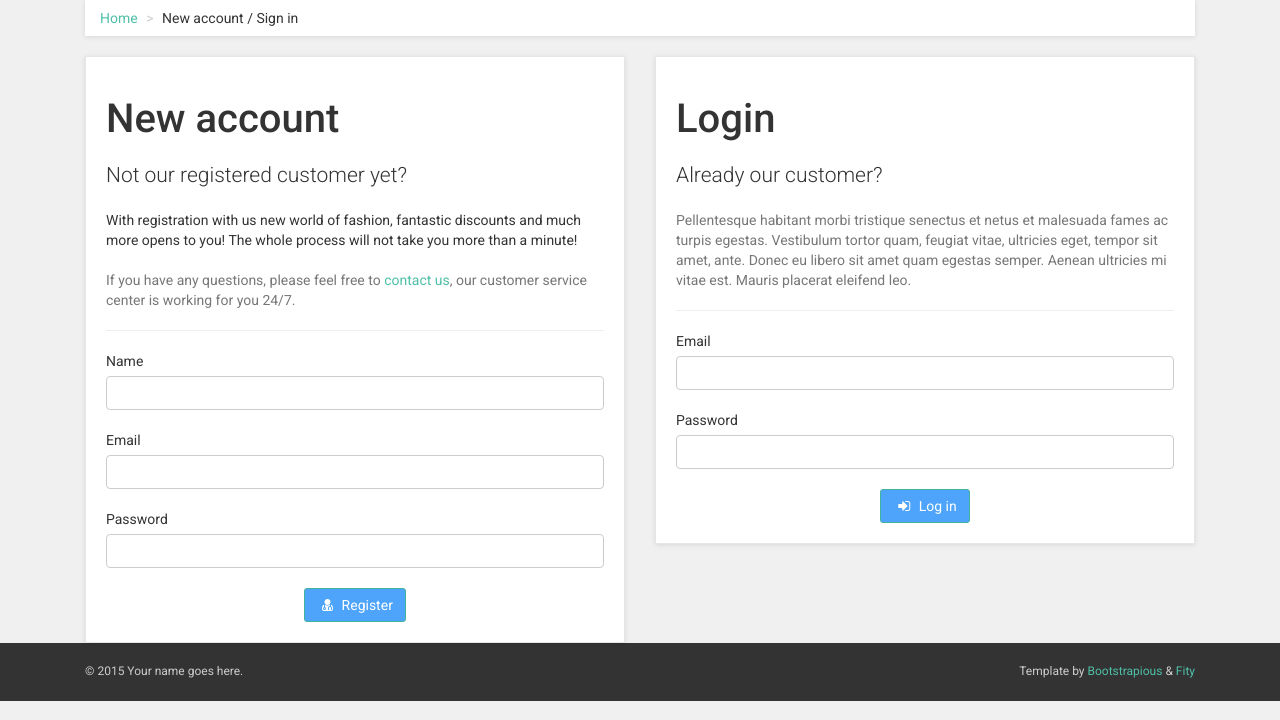
Repository: Sagnikb9/JavaDevops-Ecommerce
Page: http://localhost/MedioxyPharm/register
The author's editor kept a copy of each file at every save. The page is drawn from the files as they stood at one save, then again after the next save.
The browser window is 1280 px wide. The pictures show the whole page.
The page is served by Tomcat 9. Other server files are loaded and not shown.

Above is the page before, as saved 2017-10-01 23:09:22.

### MedioxyPharm/src/main/webapp/WEB-INF/dispatcher-servlet.xml
<beans xmlns="http://www.springframework.org/schema/beans"
        xmlns:mvc="http://www.springframework.org/schema/mvc"
        xmlns:xsi="http://www.w3.org/2001/XMLSchema-instance"
        xmlns:context="http://www.springframework.org/schema/context"
        xsi:schemaLocation="
                http://www.springframework.org/schema/beans
                http://www.springframework.org/schema/beans/spring-beans.xsd
                http://www.springframework.org/schema/mvc
                http://www.springframework.org/schema/mvc/spring-mvc.xsd
                http://www.springframework.org/schema/context
                http://www.springframework.org/schema/context/spring-context.xsd">


        <mvc:annotation-driven enable-matrix-variables="true"/>
        <context:component-scan base-package="controller"/>

   <bean id="jspViewResolver" class="org.springframework.web.servlet.view.InternalResourceViewResolver">

        <property name="prefix" value="/WEB-INF/views/"/>
        <property name="suffix" value=".jsp"/>

   </bean>
   <mvc:default-servlet-handler />

</beans>

### MedioxyPharm/src/main/webapp/WEB-INF/views/register.jsp
<!DOCTYPE html>
<html lang="en">

<head>

    <meta charset="utf-8">
    <meta name="robots" content="all,follow">
    <meta name="googlebot" content="index,follow,snippet,archive">
    <meta name="viewport" content="width=device-width, initial-scale=1">
    <meta name="description" content="Obaju e-commerce template">
    <meta name="author" content="Ondrej Svestka | ondrejsvestka.cz">
    <meta name="keywords" content="">

    <title>
        MedioxyPharm
    </title>

    <meta name="keywords" content="">

    <link href='http://fonts.googleapis.com/css?family=Roboto:400,500,700,300,100' rel='stylesheet' type='text/css'>

    <!-- styles -->
    <link href="css/font-awesome.css" rel="stylesheet">
    <link href="css/bootstrap.min.css" rel="stylesheet">
    <link href="css/animate.min.css" rel="stylesheet">
    <link href="css/owl.carousel.css" rel="stylesheet">
    <link href="css/owl.theme.css" rel="stylesheet">

    <!-- theme stylesheet -->
    <link href="css/style.default.css" rel="stylesheet" id="theme-stylesheet">

    <!-- your stylesheet with modifications -->
    <link href="css/custom.css" rel="stylesheet">

    <script src="js/respond.min.js"></script>

    <link rel="shortcut icon" href="favicon.png">



</head>

<body>
    <!-- *** TOPBAR ***

        <div class="modal fade" id="login-modal" tabindex="-1" role="dialog" aria-labelledby="Login" aria-hidden="true">
            <div class="modal-dialog modal-sm">

                <div class="modal-content">
                    <div class="modal-header">
                        <button type="button" class="close" data-dismiss="modal" aria-hidden="true">&times;</button>
                        <h4 class="modal-title" id="Login">Customer login</h4>
                    </div>
                    <div class="modal-body">
                        <form action="customer-orders.html" method="post">
                            <div class="form-group">
                                <input type="text" class="form-control" id="email-modal" placeholder="email">
                            </div>
                            <div class="form-group">
                                <input type="password" class="form-control" id="password-modal" placeholder="password">
                            </div>

                            <p class="text-center">
                                <button class="btn btn-primary"><i class="fa fa-sign-in"></i> Log in</button>
                            </p>

                        </form>

                        <p class="text-center text-muted">Not registered yet?</p>
                        <p class="text-center text-muted"><a href="register.html"><strong>Register now</strong></a>! It is easy and done in 1&nbsp;minute and gives you access to special discounts and much more!</p>

                    </div>
                </div>
            </div>
        </div>

    </div>

    <!-- *** TOP BAR END *** -->







    <!-- *** NAVBAR END *** -->

    <div id="all">

        <div id="content">
            <div class="container">

                <div class="col-md-12">

                    <ul class="breadcrumb">
                        <li><a href="#">Home</a>
                        </li>
                        <li>New account / Sign in</li>
                    </ul>

                </div>

                <div class="col-md-6">
                    <div class="box">
                        <h1>New account</h1>

                        <p class="lead">Not our registered customer yet?</p>
                        <p>With registration with us new world of fashion, fantastic discounts and much more opens to you! The whole process will not take you more than a minute!</p>
                        <p class="text-muted">If you have any questions, please feel free to <a href="contact.html">contact us</a>, our customer service center is working for you 24/7.</p>

                        <hr>

                        <form action="customer-orders.html" method="post">
                            <div class="form-group">
                                <label for="name">Name</label>
                                <input type="text" class="form-control" id="name">
                            </div>
                            <div class="form-group">
                                <label for="email">Email</label>
                                <input type="text" class="form-control" id="email">
                            </div>
                            <div class="form-group">
                                <label for="password">Password</label>
                                <input type="password" class="form-control" id="password">
                            </div>
                            <div class="text-center">
                                <button type="submit" class="btn btn-primary"><i class="fa fa-user-md"></i> Register</button>
                            </div>
                        </form>
                    </div>
                </div>

                <div class="col-md-6">
                    <div class="box">
                        <h1>Login</h1>

                        <p class="lead">Already our customer?</p>
                        <p class="text-muted">Pellentesque habitant morbi tristique senectus et netus et malesuada fames ac turpis egestas. Vestibulum tortor quam, feugiat vitae, ultricies eget, tempor sit amet, ante. Donec eu libero sit amet quam egestas semper. Aenean ultricies
                            mi vitae est. Mauris placerat eleifend leo.</p>

                        <hr>

                        <form action="customer-orders.html" method="post">
                            <div class="form-group">
                                <label for="email">Email</label>
                                <input type="text" class="form-control" id="email">
                            </div>
                            <div class="form-group">
                                <label for="password">Password</label>
                                <input type="password" class="form-control" id="password">
                            </div>
                            <div class="text-center">
                                <button type="submit" class="btn btn-primary"><i class="fa fa-sign-in"></i> Log in</button>
                            </div>
                        </form>
                    </div>
                </div>


            </div>
            <!-- /.container -->
        </div>
        <!-- /#content -->







        <!-- *** COPYRIGHT ***
 _________________________________________________________ -->
        <div id="copyright">
            <div class="container">
                <div class="col-md-6">
                    <p class="pull-left">© 2015 Your name goes here.</p>

                </div>
                <div class="col-md-6">
                    <p class="pull-right">Template by <a href="https://bootstrapious.com/e-commerce-templates">Bootstrapious</a> & <a href="https://fity.cz">Fity</a>
                         <!-- Not removing these links is part of the license conditions of the template. Thanks for understanding :) If you want to use the template without the attribution links, you can do so after supporting further themes development at https://bootstrapious.com/donate  -->
                    </p>
                </div>
            </div>
        </div>
        <!-- *** COPYRIGHT END *** -->



    </div>
    <!-- /#all -->




    <!-- *** SCRIPTS TO INCLUDE ***
 _________________________________________________________ -->
    <script src="js/jquery-1.11.0.min.js"></script>
    <script src="js/bootstrap.min.js"></script>
    <script src="js/jquery.cookie.js"></script>
    <script src="js/waypoints.min.js"></script>
    <script src="js/modernizr.js"></script>
    <script src="js/bootstrap-hover-dropdown.js"></script>
    <script src="js/owl.carousel.min.js"></script>
    <script src="js/front.js"></script>



</body>

</html>

Loaded but not shown: MedioxyPharm/src/main/webapp/css/font-awesome.css (library); MedioxyPharm/src/main/webapp/css/bootstrap.min.css (library); MedioxyPharm/src/main/webapp/css/animate.min.css (library); MedioxyPharm/src/main/webapp/css/owl.carousel.css (common file); MedioxyPharm/src/main/webapp/css/owl.theme.css (common file); MedioxyPharm/src/main/webapp/css/custom.css (common file); MedioxyPharm/src/main/webapp/js/respond.min.js (library); MedioxyPharm/src/main/webapp/js/jquery-1.11.0.min.js (library); MedioxyPharm/src/main/webapp/js/bootstrap.min.js (library); MedioxyPharm/src/main/webapp/js/jquery.cookie.js (library); MedioxyPharm/src/main/webapp/js/waypoints.min.js (library); MedioxyPharm/src/main/webapp/js/modernizr.js (library); MedioxyPharm/src/main/webapp/js/bootstrap-hover-dropdown.js (library); MedioxyPharm/src/main/webapp/js/owl.carousel.min.js (library); MedioxyPharm/src/main/webapp/js/front.js (237 lines, source omitted); MedioxyPharm/src/main/webapp/css/style.default.css (1677 lines, source omitted)

After the next save:
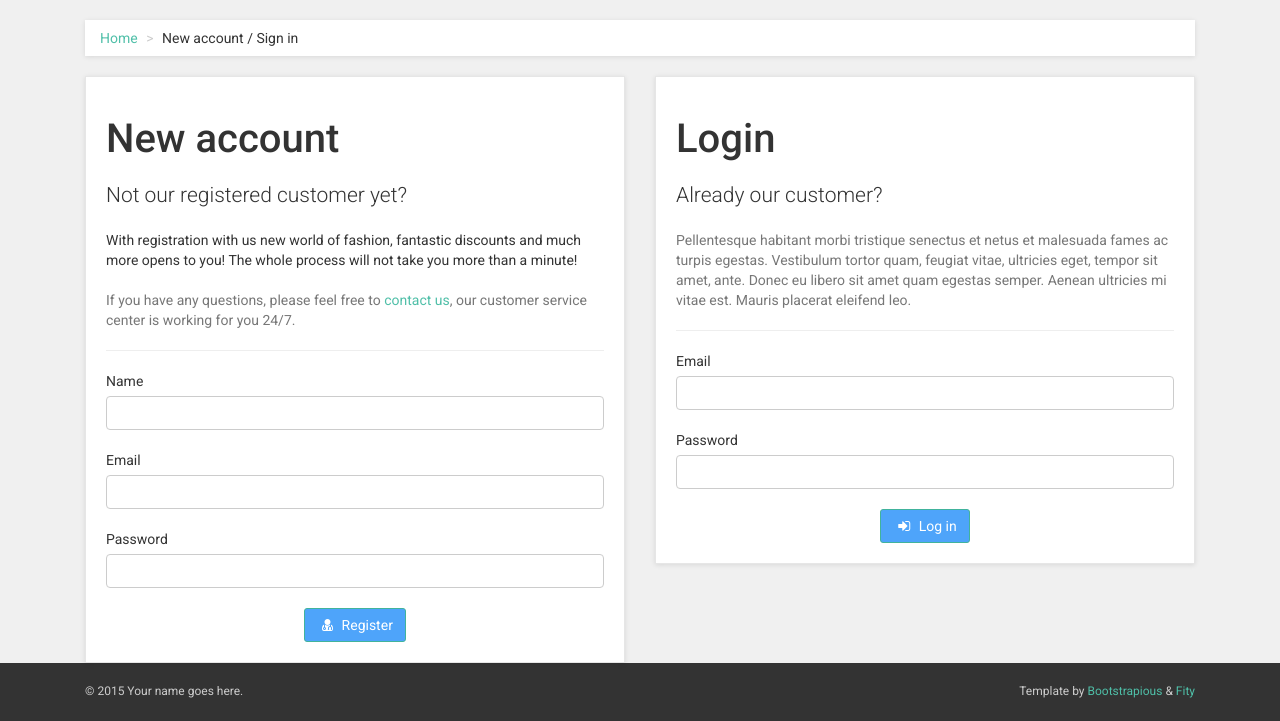
Saved 22 s later.
--- a/MedioxyPharm/src/main/webapp/WEB-INF/views/register.jsp
+++ b/MedioxyPharm/src/main/webapp/WEB-INF/views/register.jsp
@@ -41,8 +41,8 @@
 </head>
 
 <body>
-    <!-- *** TOPBAR ***
-
+
+<br>
         <div class="modal fade" id="login-modal" tabindex="-1" role="dialog" aria-labelledby="Login" aria-hidden="true">
             <div class="modal-dialog modal-sm">
 
